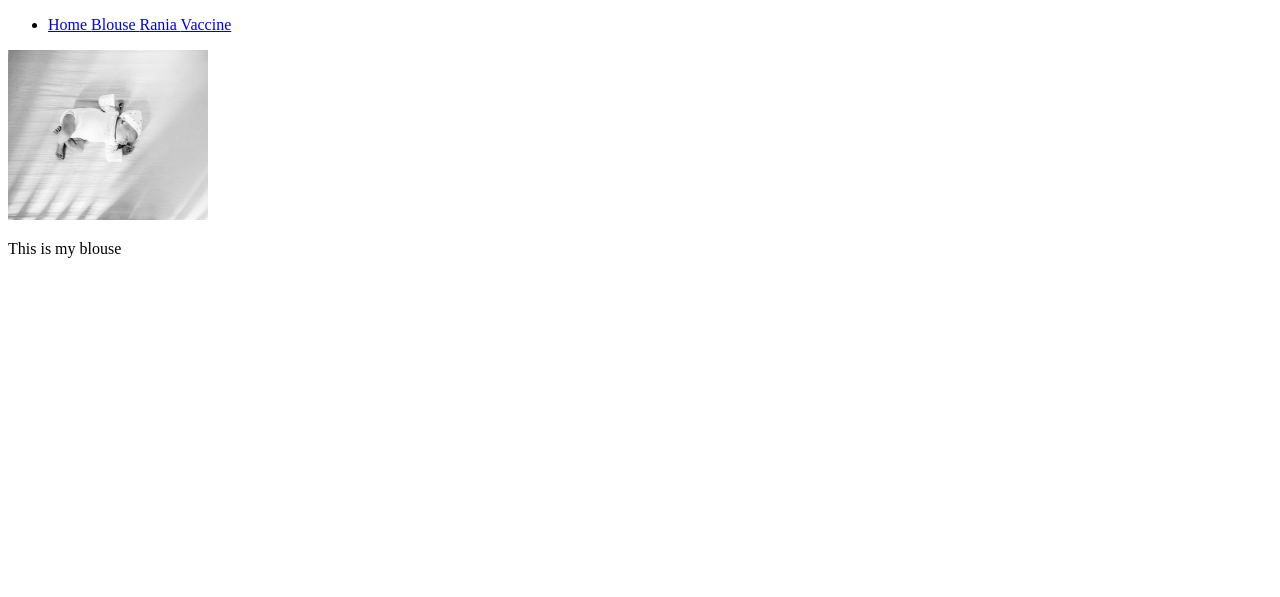
Repository: syazwanisaifuddin/ocb24-week-1
Page: blouse.html
An editor plug-in stored every save of this project. The page is shown before and after a run of saves, followed by the edit.
The browser window is 1280 px wide. The pictures show the whole page.

Above is the page before, as saved 2024-01-26 14:24:36.

### blouse.html
<!DOCTYPE html>
<html lang="en">
<head>
    <meta charset="UTF-8">
    <meta name="viewport" content="width=device-width, initial-scale=1.0">
    <title>Her Blouse</title>
</head>
<body>
    <ul>
        <li>
            <a href="index.html">
                Home
            </a>
            <a href="blouse.html">
                Blouse
            </a>
            <a href="rania/index.html">
                Rania
            </a>
            <a href="rania/vaccine.html">
                Vaccine
            </a>
        </li>
    </ul>
    <img src="img/newborn-daughter-in-crib.jpg" alt="baby" width="200px" height="170px">
    <p>This is my blouse</p>
</body>
</html>

After the next 3 saves:
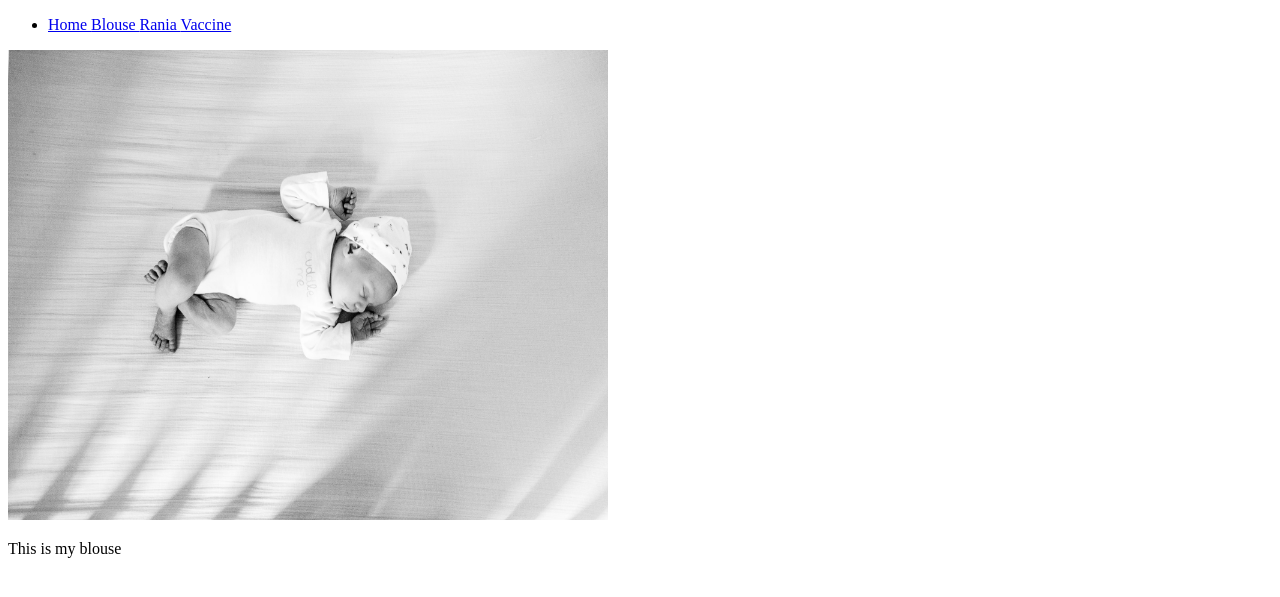
The 3 saves are shown as one change because they came seconds apart.
The last was saved 18 s later.
--- a/blouse.html
+++ b/blouse.html
@@ -22,7 +22,7 @@
             </a>
         </li>
     </ul>
-    <img src="img/newborn-daughter-in-crib.jpg" alt="baby" width="200px" height="170px">
+    <img src="img/newborn-daughter-in-crib.jpg" alt="baby" width="600px" height="470px">
     <p>This is my blouse</p>
 </body>
 </html>
